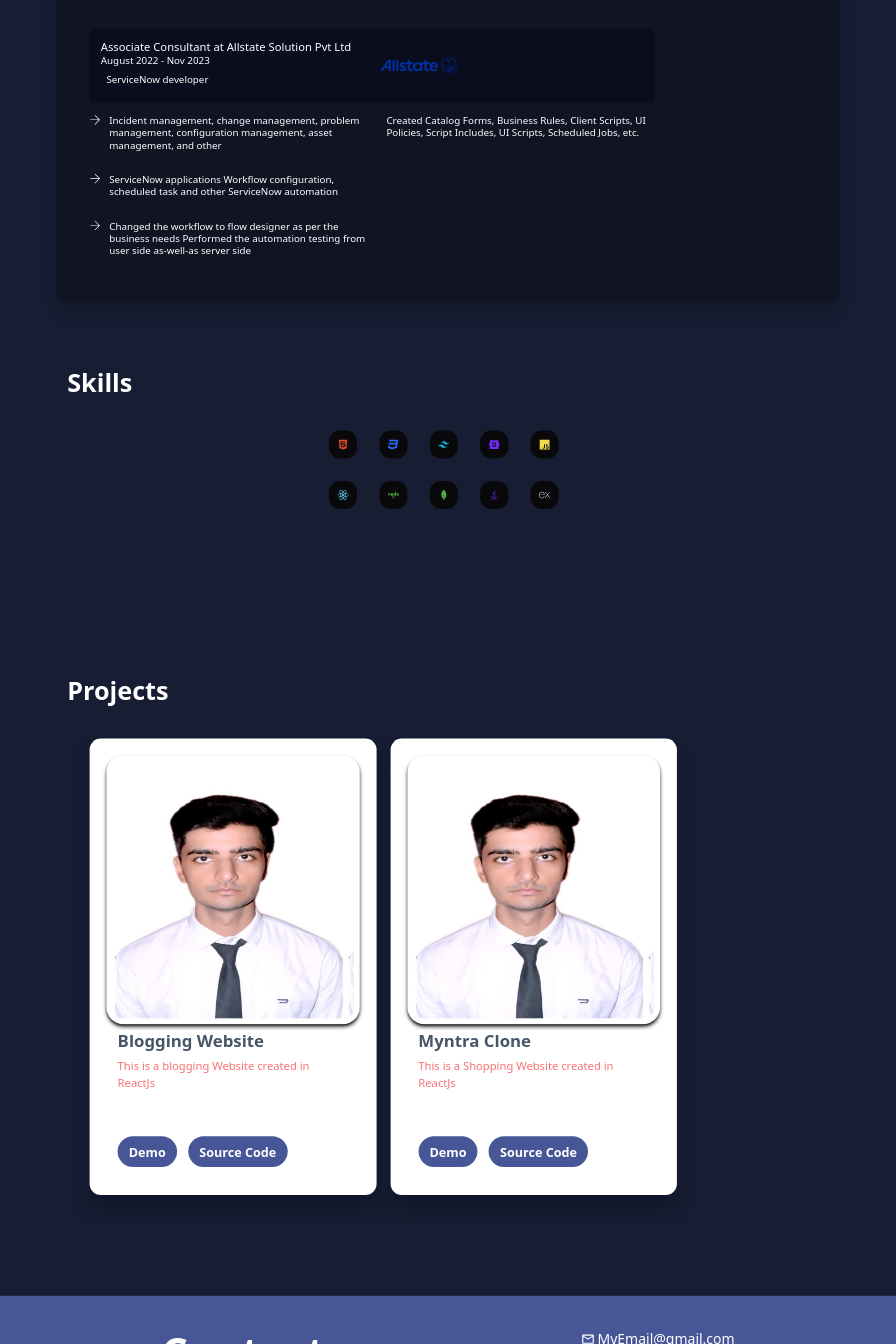
Repository: suryanshsingh99181/portfolio
Page: /
These files come from the project's save history. The page is drawn as it stood at one moment and after the next save; the edit follows.
The browser window is 1280 px wide. The pictures show the part of the page from y = 983 to 2903 px (the page is 3014 px tall before and 2947 px after), at 70% of full size.
The project was rebuilt for these pictures with package versions that can differ from the ones it lists, and the page was loaded fresh each time. Also part of the build but not shown: vite.config.js.

Above is the page before, as saved 2024-08-22 15:04:03.

### src/main.jsx
import { StrictMode } from "react";
import { createRoot } from "react-dom/client";
import App from "./App.jsx";
import "./index.css";
import { BrowserRouter, Router } from "react-router-dom";

createRoot(document.getElementById("root")).render(
  <StrictMode>
    <App />
  </StrictMode>
);

### src/App.jsx
import Experience from "./Components/experience/Experience";
import Footer from "./Components/footer/Footer";
import Home from "./Components/home/Home";
import Navbar from "./Components/navbar/Navbar";
import Projects from "./Components/Projects/Projects";
import Skills from "./Components/skills/Skills";
import "./index.css";

function App() {
  return (
    <div className="bg-[#171d32] h-auto w-full overflow-hidden">
      <Navbar></Navbar>
      <Home></Home>
      <Experience></Experience>
      <Skills></Skills>
      <Projects></Projects>
      <Footer></Footer>
    </div>
  );
}

export default App;

### src/Components/experience/Experience.jsx
import { InboxArrowDownIcon } from "@heroicons/react/16/solid";
import { TfiArrowRight } from "react-icons/tfi";
import image from "../../assets/proj.png";
import allstate_logo from "../../assets/Allstate-Logo-2017.png";

const Experience = () => {
  return (
    <div
      id="Experience"
      className="text-white md:flex overflow-hidden items-center md:flex-wrap md:justify-center bg-black shadow-xl mx-0 md:mx-20 bg-opacity-30 rounded-lg p-12"
    >
      <div>
        <h2 className="text-2xl md:text-4xl font-bold">Experience</h2>
        <div className="md:flex flex-wrap flex-col md:flex-row items-center">
          <img
            className="md:h-80 -ml-28 pr-10"
            src={image}
            alt="Experience Image"
          />
          <ul>
            <div className="flex gap-10 bg-slate-950 bg-opacity-45 mt-4 rounded-lg p-4 items-center">
              <span className="text-white">
                <h2 className=" leading-tight ">
                  Associate Consultant at Allstate Solution Pvt Ltd
                </h2>
                <p className="text-sm leading-tight font-thin">
                  August 2022 - Nov 2023
                </p>
                <ul className="text-sm p-2">
                  <li>ServiceNow developer</li>
                </ul>
              </span>
              <span>
                <img src={allstate_logo} className="w-28 text-[#0033A0]" />
              </span>
            </div>
            <div className="flex gap-3 py-4">
              <TfiArrowRight />
              <span className="w-96">
                <p className="text-sm md:text-md leading-tight">
                  Incident management, change management, problem management,
                  configuration management, asset management, and other
                </p>
              </span>
              <span className="w-96">
                <p className="text-sm md:text-md leading-tight">
                  Created Catalog Forms, Business Rules, Client Scripts, UI
                  Policies, Script Includes, UI Scripts, Scheduled Jobs, etc.
                </p>
              </span>
            </div>
            <div className="flex gap-3 py-4">
              <TfiArrowRight />
              <span className="w-96">
                <p className="text-sm md:text-md leading-tight">
                  ServiceNow applications Workflow configuration, scheduled task
                  and other ServiceNow automation
                </p>
              </span>
            </div>
            <div className="flex gap-3 py-4">
              <TfiArrowRight />
              <span className="w-96">
                <p className="text-sm md:text-md leading-tight">
                  Changed the workflow to flow designer as per the business
                  needs Performed the automation testing from user side
                  as-well-as server side
                </p>
              </span>
            </div>
          </ul>
        </div>
      </div>
    </div>
  );
};

export default Experience;

### src/Components/footer/Footer.jsx
import { CiLinkedin } from "react-icons/ci";
import { FaGithub } from "react-icons/fa";
import { MdOutlineEmail } from "react-icons/md";

const Footer = () => {
  return (
    <div
      id="Contact"
      className="flex justify-around bg-[#465697] text-white p-10 md:p-12 items-center"
    >
      <div>
        <h1 className="text-2xl md:text-6xl font-bold">Contact</h1>
        <h3 className="text-2xl md:text-sm font-normal ">
          Feel Free to reachout
        </h3>
      </div>
      <ul className="text-sm md:text-xl">
        <li className="flex gap-1 items-center">
          <MdOutlineEmail />
          MyEmail@gmail.com
        </li>
        <li className="flex gap-1 items-center">
          <CiLinkedin />
          linkedin/username
        </li>
        <li className="flex gap-1 items-center">
          <FaGithub />
          github/surynsh
        </li>
      </ul>
    </div>
  );
};

export default Footer;
<div></div>;

### src/Components/home/Home.jsx
import React from "react";
import image from "../../assets/suryansh.jpg";
import TextChanger from "../../TextChanger";

const Home = () => {
  return (
    <div className="text-white flex w-full justify-between items-start p-10 md:p-20">
      <div className="md:w-2/4 md:pt-10 mt-10">
        <h1 className="text-3xl md:text-6xl font-bold flex leading-normal tracking-tighter ">
          <TextChanger />
        </h1>
        <p className="text-sm md:text-2xl leading-tight tracking-tight font-serif mt-4">
          a MERN stack developer...
        </p>
        <button className=" bg-blue-500 mt-5 md:md-10 text-white py-2 px-3 text-sm md:text-lg md:px-4 hover:opacity-85 duration-300 hover:scale-105 font-semibold rounded-3xl bg-[#46]">
          Contact Me
        </button>
      </div>
      <div>
        <img
          className="h-96 w-96 rounded-full object-cover object-center p-2 border-4 border-[#FF7C00] shadow-[0_0_0_5px_rgba(0,0,0,1)]"
          src={image}
          alt=""
        />
      </div>
    </div>
  );
};

export default Home;

### src/Components/navbar/Navbar.jsx
import { RiCloseLine, RiMenu3Line } from "@remixicon/react";
import React, { useState } from "react";

const Navbar = () => {
  const [showMenu, setShowMenu] = useState(true);
  const [menu, openMenu] = useState(false);
  return (
    <nav className="flex flex-wrap justify-between md:items-center text-white px-10 md:px-20 bg-slate-800 ">
      <span className="text-2xl font-bold tracking-wide hover:text-cyan-200">
        Suryansh.
      </span>
      <ul
        className={`mx-24  py-2 mt-4 font-semibold md:-5 bg-black px-2 rounded-xl bg-opacity-30 md:border-none text-center md:bg-transparent md:static md:mx-0 md:flex gap-6 ${
          menu ? "block" : "hidden"
        }`}
      >
        <a href="#About">
          <li className="text-md transition-all duration-500 p-1 md:p-0 hover:text-cyan-200 hover:underline ">
            About
          </li>
        </a>
        <a href="#Experience">
          <li className="text-md transition-all duration-300 p-1 md:p-0 hover:text-cyan-200 hover:underline">
            Experience
          </li>
        </a>
        <a href="#Projects">
          <li className="text-md transition-all duration-300 p-1 md:p-0 hover:text-cyan-200 hover:underline">
            Projects
          </li>
        </a>
        <a href="#Contact">
          <li className="text-md transition-all duration-300 p-1 md:p-0 hover:text-cyan-200 hover:underline">
            Contact
          </li>
        </a>
      </ul>
      {showMenu ? (
        <RiMenu3Line
          size={30}
          className="md:hidden absolute right-10 top-6 transition-all duration-300"
          onClick={() => {
            openMenu(!menu);
            setShowMenu(!showMenu);
          }}
        />
      ) : (
        <RiCloseLine
          size={30}
          className="md:hidden absolute right-10 top-6 transition-all duration-300"
          onClick={() => {
            openMenu(!menu);
            setShowMenu(!showMenu);
          }}
        />
      )}
    </nav>
  );
};

export default Navbar;

### src/Components/Projects/Projects.jsx
import ProjectCard from "./ProjectCard";

const Projects = () => {
  return (
    <div id="Projects" className="p-10 md:p-24 text-white">
      <h1 className="text-2xl md:text-4xl text-white font-bold">Projects</h1>
      <div className="py-12 px-8 flex flex-wrap gap-5">
        <ProjectCard
          title="Blogging Website"
          main="This is a blogging Website created in ReactJs"
        />
        <ProjectCard
          title="Myntra Clone"
          main="This is a Shopping Website created in ReactJs"
        />
      </div>
    </div>
  );
};

export default Projects;

### src/Components/skills/Skills.jsx
import {
  FaCss3,
  FaFigma,
  FaGoogle,
  FaHtml5,
  FaJava,
  FaJs,
  FaNode,
  FaReact,
} from "react-icons/fa";
import {
  SiBootstrap,
  SiExpress,
  SiMongodb,
  SiRadixui,
  SiTailwindcss,
} from "react-icons/si";

import image from "../../assets/proj.png";

const Skills = () => {
  return (
    <div id="Skills" className="p-10 md:p-24">
      <h1 className="text-2xl md:text-4xl text-white font-bold">Skills</h1>
      <div className="flex flex-wrap items-center justify-around">
        <div className="flex flex-wrap md:w-2/5 gap-8 md:p-12 py-10">
          <span className="p-3 bg-zinc-950 flex items-center rounded-2xl ">
            <FaHtml5 className=" text-[#e34c26]" />
          </span>
          <span className="p-3 bg-zinc-950 flex items-center rounded-2xl ">
            <FaCss3 className=" text-[#2965f1]" />
          </span>
          <span className="p-3 bg-zinc-950 flex items-center rounded-2xl ">
            <SiTailwindcss className=" text-[#06b6d4]" />
          </span>
          <span className="p-3 bg-zinc-950 flex items-center rounded-2xl ">
            <SiBootstrap className=" text-[#712CF9]" />
          </span>
          <span className="p-3 bg-zinc-950 flex items-center rounded-2xl ">
            <FaJs className="text-[#f0db4f]" />
          </span>
          <span className="p-3 bg-zinc-950 flex items-center rounded-2xl ">
            <FaReact className=" text-[#61dbfb] " />
          </span>

          <span className="p-3 bg-zinc-950 flex items-center rounded-2xl ">
            <FaNode className="text-[#4db33d]" />
          </span>

          <span className="p-3 bg-zinc-950 flex items-center rounded-2xl ">
            <SiMongodb className="text-[#4db33d]" />
          </span>
          <span className="p-3 bg-zinc-950 flex items-center rounded-2xl ">
            <FaJava className="text-[#712CF5]" />
          </span>
          <span className="p-3 bg-zinc-950 flex items-center rounded-2xl ">
            <SiExpress className="text-slate-300" />
          </span>
        </div>
      </div>
    </div>
  );
};

export default Skills;

### src/TextChanger.jsx
import { useState, useEffect } from "react";

const TextChanger = () => {
  const texts = ["Hi I am Suryansh", "Hi I am Suryansh", "Hi I am Suryansh"];
  const [currentText, setCurrentText] = useState("");
  const [endValue, setEndValue] = useState(true);
  const [isForward, setIsForward] = useState(true);
  const [index, setIndex] = useState(0);

  useEffect(() => {
    const intervalId = setInterval(() => {
      setCurrentText(texts[index].substring(0, endValue));
      if (isForward) {
        setEndValue((prev) => prev + 1);
      } else {
        setEndValue((prev) => prev - 1);
      }
      if (endValue > texts[index].length + 10) {
        setIsForward(false);
      }
      if (endValue < 2.1) {
        setIsForward(true);
        setIndex((prev) => prev & texts.length);
      }
    }, 50);
    return () => clearInterval(intervalId);
  }, [endValue, isForward, index, texts]);
  return <div className="transition ease duration-300">{currentText}</div>;
};

export default TextChanger;

### src/Components/Projects/ProjectCard.jsx
import suryansh from "../../assets/suryansh.jpg";

const ProjectCard = ({ title, main }) => {
  return (
    <div className="w-2/5 p-2 md:p-6 flex flex-col bg-white shadow-xl shadow-slate-900 rounded-2xl">
      <img
        className="p-2 rounded-3xl shadow-md shadow-black h-96"
        src={suryansh}
        alt="bannerimage"
      />
      <h3 className=" pt-2 px-4 text-xl md:text-2xl font-semibold leading-normal text-slate-600">
        {title}
      </h3>
      <p className="px-4 text-sm md:text-base leading-tight py-2 text-red-400">
        {main}
      </p>
      <div className="md:p-4 flex gap-2 md:gap-4 ">
        <button className="md:mt-10 text-white py-2 px-3 text-sm md:text-lg md:py-2 md:px-4 hover:opacity-85 duration-300 hover:scale-105 font-semibold rounded-3xl bg-[#465697]">
          Demo
        </button>
        <button className="md:mt-10 text-white py-2 px-3 text-sm md:text-lg md:py-2 md:px-4 hover:opacity-85 duration-300 hover:scale-105 font-semibold rounded-3xl bg-[#465697]">
          Source Code
        </button>
      </div>
    </div>
  );
};

export default ProjectCard;

Loaded but not shown: index.html (common file); src/index.css (common file); tailwind.config.js (common file)

After the next save:
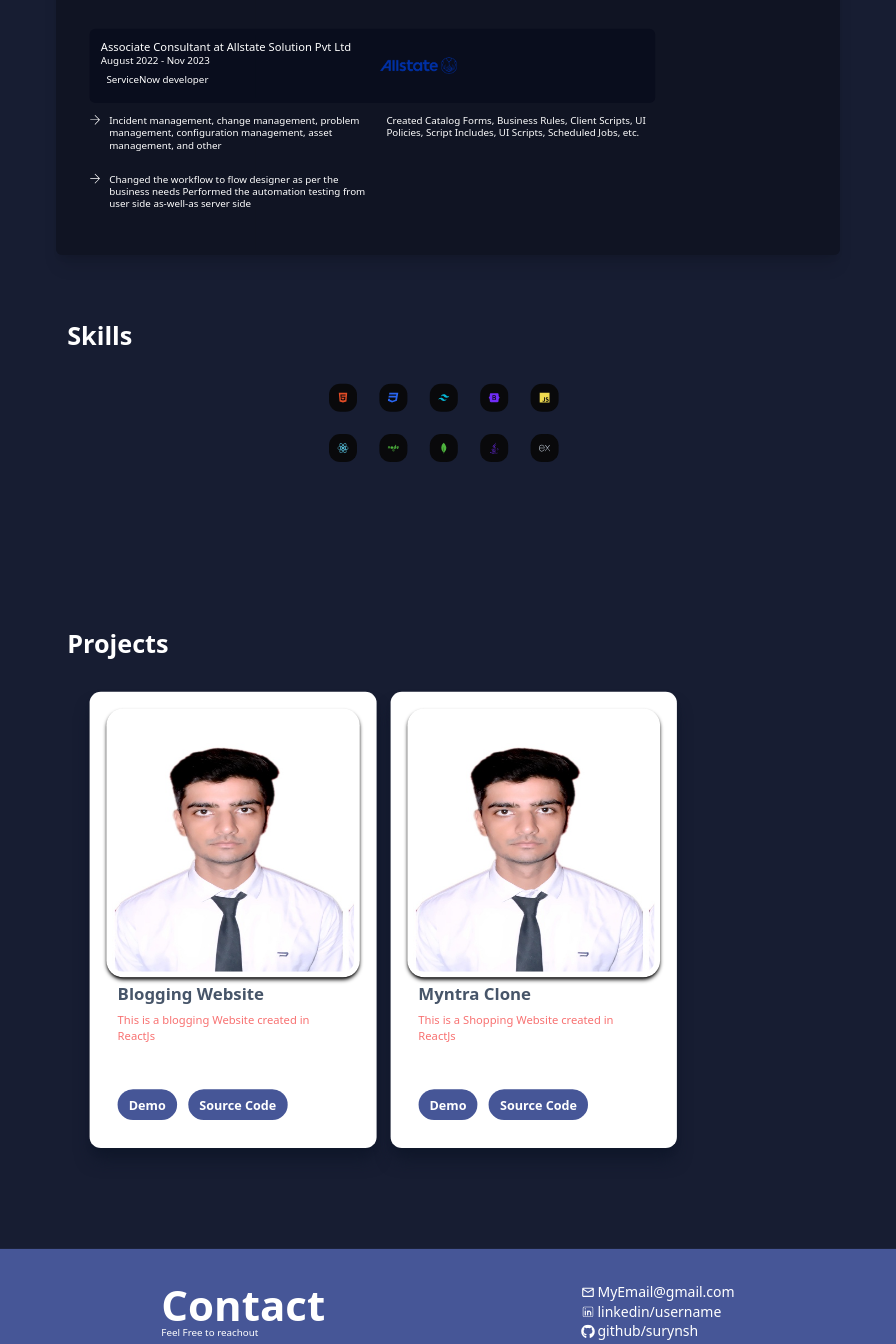
Saved 14 s later.
--- a/src/Components/experience/Experience.jsx
+++ b/src/Components/experience/Experience.jsx
@@ -49,15 +49,7 @@
                 </p>
               </span>
             </div>
-            <div className="flex gap-3 py-4">
-              <TfiArrowRight />
-              <span className="w-96">
-                <p className="text-sm md:text-md leading-tight">
-                  ServiceNow applications Workflow configuration, scheduled task
-                  and other ServiceNow automation
-                </p>
-              </span>
-            </div>
+
             <div className="flex gap-3 py-4">
               <TfiArrowRight />
               <span className="w-96">
